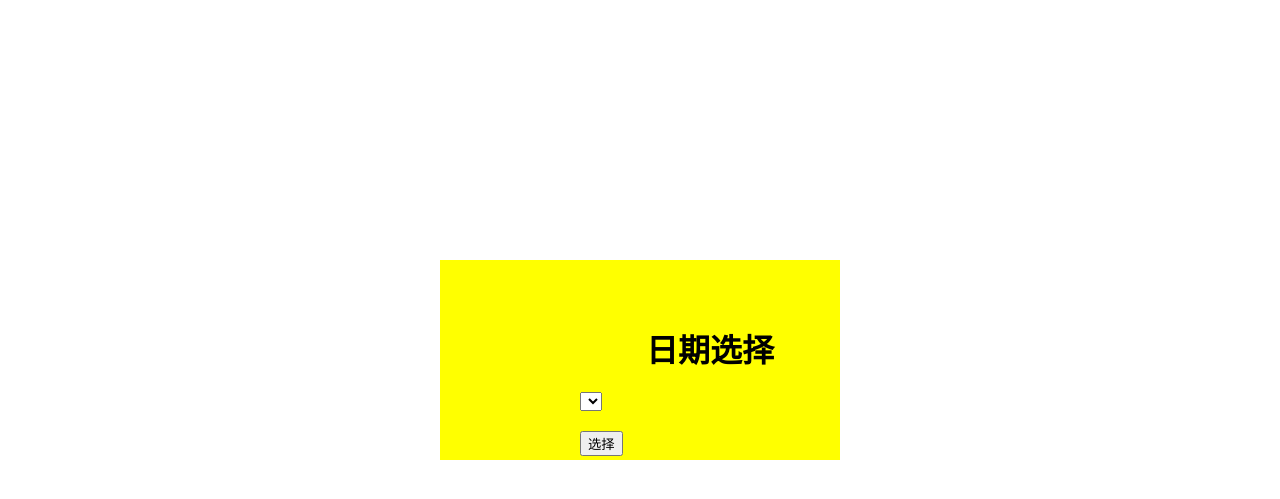
Repository: yz990219/InfectStatisticWeb
Page: http://localhost/MyInfectStatisticWeb/dateChoose.jsp
These files come from the project's save history. The page is drawn as it stood at one moment and after the next save; the edit follows.
The browser window is 1280 px wide. The pictures show the whole page.
The page is served by Tomcat 9. Other server files are loaded and not shown.

Above is the page before, as saved 2020-03-13 14:16:41.

### MyInfectStatisticWeb/WebContent/dateChoose.jsp
<%@ page language="java" contentType="text/html; charset=utf-8"
	pageEncoding="utf-8"%>
<%@ page import="hw2.*"%>
<%@ page import="java.util.*"%>
<%@ page import="java.io.File"%>
<!DOCTYPE html>
<html>
<head>
<title>日期选择</title>
<link href="css/datechoose.css" rel="stylesheet">
</head>
<body>
	<div class="datechoose">
		<form class="form" action="index.jsp" method="post">
			<%
				ArrayList<String> fileNameList = new ArrayList<String>();
				String[] temp;
				String path = "D:\\InfectStatisticWeb\\MyInfectStatisticWeb\\WebContent\\log\\";
				File name = new File(path);
				temp = name.list();
				if (name.isDirectory()) {
					for (int i = 0; i < temp.length; i++) {
						fileNameList.add(temp[i]);
					}
				}
			%>
			<div><h1 style="text-align:center;">日期选择</h1></div>
			<div>
				<select name="date">
					<%
						for (int i = 0; i < fileNameList.size(); i++) {
					%>
					<option
						value="<%=fileNameList.get(i).substring(0, fileNameList.get(i).length() - 8)%>">
						<%=fileNameList.get(i).substring(0, fileNameList.get(i).length() - 8)%>
					</option>
					<%
						}
					%>
				</select>
			</div>
			<div style="margin-top: 20px">
				<button type="submit">选择</button>
			</div>

		</form>
	</div>

</body>
</html>

### MyInfectStatisticWeb/WebContent/css/datechoose.css
@charset "UTF-8";
.datechoose {
	background:#ffff00;
    width: 400px;
    height: 200px;
    position: fixed;
    left: 50%;
    top: 50%;
    z-index: 11;
    /*设定这个div的margin-top的负值为自身的高度的一半,margin-left的值也是自身的宽度的一半的负值.*/
    /*宽为400,那么margin-top为-200px*/
    /*高为200那么margin-left为-100px;*/
    margin: -100px 0 0 -200px;
}
.form{
	margin: 65px 0 0 140px;
}

After the next save:
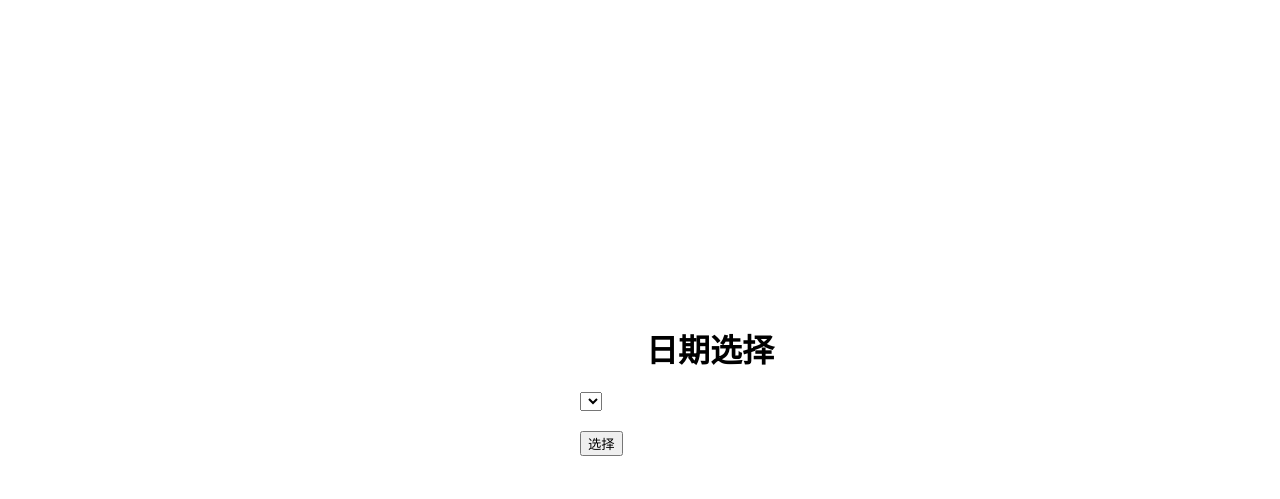
Not found: MyInfectStatisticWeb/MyInfectStatisticWeb/css/img/原型设计1
Saved 9 min 25 s later.
--- a/MyInfectStatisticWeb/WebContent/css/datechoose.css
+++ b/MyInfectStatisticWeb/WebContent/css/datechoose.css
@@ -1,6 +1,6 @@
 @charset "UTF-8";
 .datechoose {
-	background:#ffff00;
+	background-image:url(img/原型设计1);
     width: 400px;
     height: 200px;
     position: fixed;

After the 4 saves that followed:
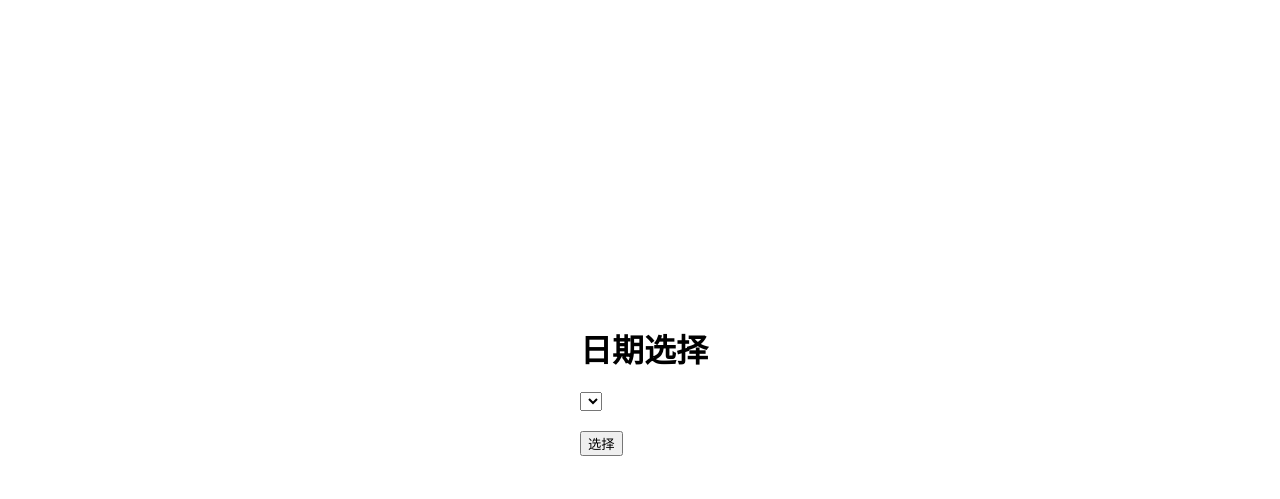
The 4 saves are shown as one change because 3 left the picture as it was.
The last was saved 2 min 10 s later.
--- a/MyInfectStatisticWeb/WebContent/dateChoose.jsp
+++ b/MyInfectStatisticWeb/WebContent/dateChoose.jsp
@@ -24,7 +24,7 @@
 					}
 				}
 			%>
-			<div><h1 style="text-align:center;">日期选择</h1></div>
+			<div><h1>日期选择</h1></div>
 			<div>
 				<select name="date">
 					<%
--- a/MyInfectStatisticWeb/WebContent/css/datechoose.css
+++ b/MyInfectStatisticWeb/WebContent/css/datechoose.css
@@ -1,6 +1,6 @@
 @charset "UTF-8";
 .datechoose {
-	background-image:url(img/原型设计1);
+	background-image:url(C:\Users\杨泽\Desktop\软工实践图库\原型设计1.png) no-repeat 5px 5px;
     width: 400px;
     height: 200px;
     position: fixed;
